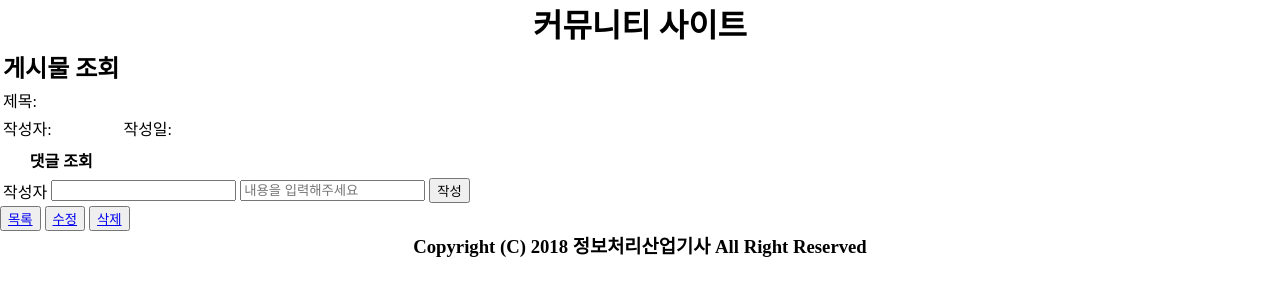
Repository: Tor1a/SpringSet
Page: http://localhost/practice01/WEB-INF/views/post/Lookup.jsp
The author's editor kept a copy of each file at every save. The page is drawn from the files as they stood at one save, then again after the next save.
The browser window is 1280 px wide. The pictures show the whole page.
The page is served by Tomcat 9. Nobody is signed in. Other server files are loaded and not shown. The template is opened directly, without the code that normally fills it, so the values that code supplies are empty.

Above is the page before, as saved 2022-04-15 04:46:34.

### practice01/src/main/webapp/WEB-INF/views/post/Lookup.jsp
<%@ page language="java" contentType="text/html; charset=UTF-8"    pageEncoding="UTF-8"%>
<%@ taglib prefix="c" uri="http://java.sun.com/jsp/jstl/core" %>
<%@ include file="../include/header.jsp" %>

<script src="${pageContext.request.contextPath}/resources/js/post/commentAdd.js"></script>
	<table>
		<thead>
			<th><h2>게시물 조회</h2></th>
		</thead>
		<tbody>
			<tr>
				<td>제목: ${vo.subject}</td>
			</tr>
			<tr>
				<td>작성자: ${vo.writer}</td>
				<td>작성일: ${vo.date}</td>
			</tr>
			<tr>
				<td>${vo.content}</td>
			</tr>
		</tbody>
			<th>댓글 조회</th>
			<c:forEach var="list" items="${list}">
			<tr>
				<td>
					${list.writer} / ${list.content} / ${list.date} / <a href="CommentDel.do?idx=${list.bidx}&bidx=${vo.idx}">삭제</a>
				</td>
			</tr>
			</c:forEach>
		<form id="commentAddForm">
		<table>
		<input type="hidden" name="bidx" value="${vo.idx}" >
			<tr>
				<td>작성자</td>
				 <td><input type="text" id ="cmWriter" name="writer"></td>
				 <td><input type="text" id ="cmContent" name="content" placeholder="내용을 입력해주세요"></td>
				 <td><input type="button" value="작성" onclick="addCheck()"></td>
			</tr>

		</table>

		</form>
		<tr>
		<button><a href="/controller">목록</a></button>
		<button><a href="updatForm.do?idx=${vo.idx}">수정</a></button>
		<button><a href="delete.do?idx=${vo.idx}">삭제</a></button>
		</tr>
	</table>


<%@ include file="../include/footer.jsp" %>

### practice01/src/main/webapp/WEB-INF/views/include/header.jsp
<%@ page language="java" contentType="text/html; charset=UTF-8"    pageEncoding="UTF-8"%>
<%@ taglib prefix="c" uri="http://java.sun.com/jsp/jstl/core" %>
<%@ taglib prefix="fmt" uri="http://java.sun.com/jsp/jstl/fmt" %>

<!DOCTYPE html>
<html>
<head>

<meta charset="UTF-8">
<script src="${pageContext.request.contextPath}/resources/js/jquery-3.6.0.min.js">
</script>
<link rel="stylesheet" href="${pageContext.request.contextPath}/resources/css/header.css">

</head>
<body>

    <h1>커뮤니티 사이트</h1>

### practice01/src/main/webapp/WEB-INF/views/include/footer.jsp
<%@ page language="java" contentType="text/html; charset=UTF-8"    pageEncoding="UTF-8"%>
<link rel="stylesheet" href="${pageContext.request.contextPath}/resources/css/footer.css">


<h3>Copyright (C) 2018 정보처리산업기사 All Right Reserved</h3>

</body>
</html>

### practice01/src/main/webapp/resources/css/header.css
@charset "UTF-8";
body, h1, h2, h3, h4, h5, p, ul, li, ol, dd, dt, dl { padding: 0; margin: 0; }

ul {list-style: none;}

a:hover{text-decoration: none;}

body{height: 100%;}

.sub{dispaly:flex; justify-content: space-between; flex-direction: row; flex-wrap: nowrap;}
.mainMenu {display: flex; justify-content: space-around; flex-direction: row; flex-wrap: nowrap;}

h1 {text-align: center;}

### practice01/src/main/webapp/resources/js/post/commentAdd.js
function addCheck(){
	if($("#cmWriter").val() == ""){
		alert("작성자를 입력해주세요");
		$("#cmWriter").focus();
		return;
	}else if($("#cmContent").val() == ""){
		alert("내용을 입력해주세요");
		$("#cmContent").focus();
		return;
	}else{
		var form = document.getElementById('commentAddForm');
		form.action="CommentAdd.do";
		form.method = "POST";
		form.submit();
	}
}

### practice01/src/main/webapp/resources/css/footer.css
@charset "UTF-8";
body, h1, h2, h3, h4, h5, p, ul, li, ol, dd, dt, dl { padding: 0; margin: 0; }

ul {list-style: none;}

a:hover{text-decoration: none;}

body{height: 100%;}

h3 {text-align: center;}

Loaded but not shown: practice01/src/main/webapp/resources/js/jquery-3.6.0.min.js (library)

After the next save:
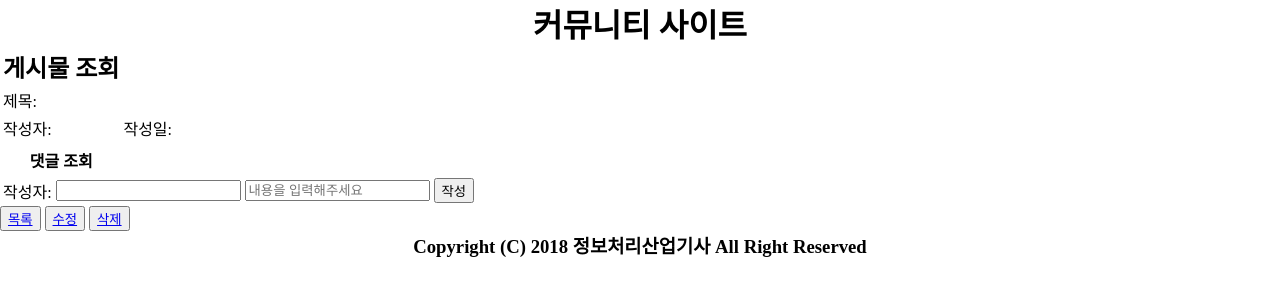
Saved 22 s later.
--- a/practice01/src/main/webapp/WEB-INF/views/post/Lookup.jsp
+++ b/practice01/src/main/webapp/WEB-INF/views/post/Lookup.jsp
@@ -31,7 +31,7 @@
 		<table>
 		<input type="hidden" name="bidx" value="${vo.idx}" >
 			<tr>
-				<td>작성자</td>
+				<td>작성자:</td>
 				 <td><input type="text" id ="cmWriter" name="writer"></td>
 				 <td><input type="text" id ="cmContent" name="content" placeholder="내용을 입력해주세요"></td>
 				 <td><input type="button" value="작성" onclick="addCheck()"></td>
